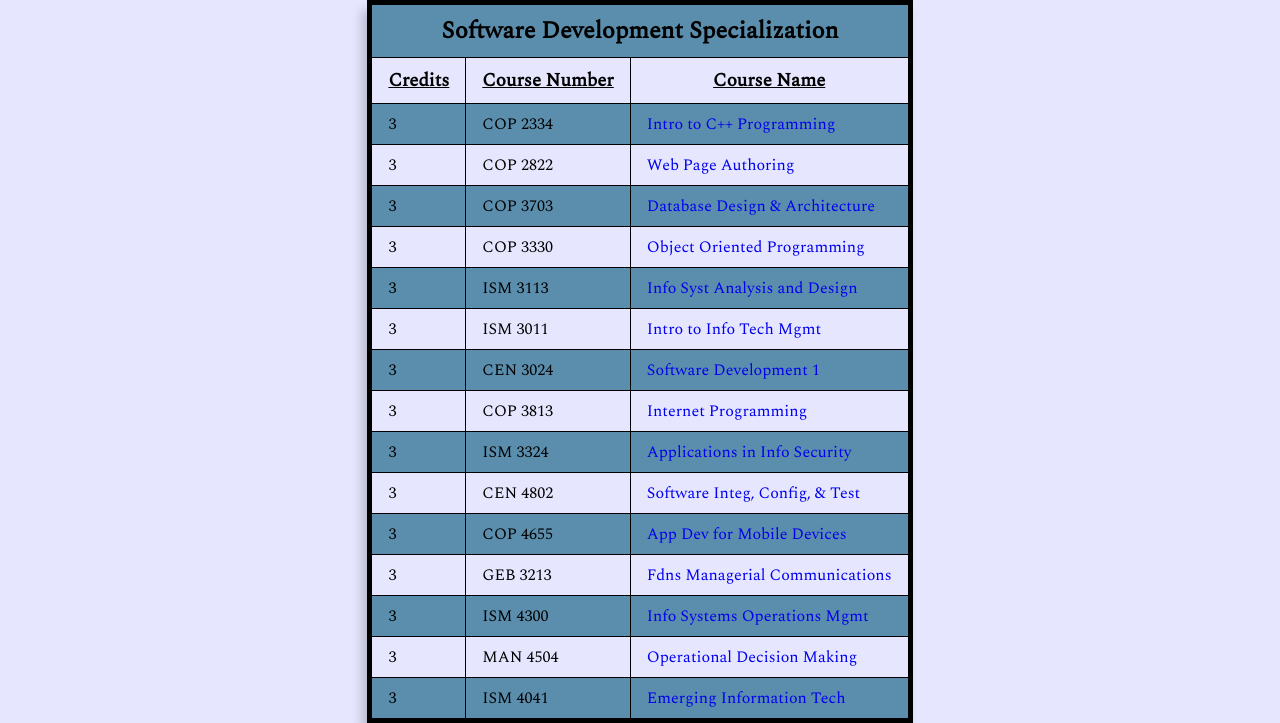
Repository: mlmEFSC21/P5-DegreeTableStyling
Page: FormattedProgramSpecialization3.html
These files come from the project's save history. The page is drawn as it stood at one moment and after the next save; the edit follows.
The browser window is 1280 px wide. The pictures show the whole page.

Above is the page before, as saved 2022-02-07 15:55:12.

After the next save:
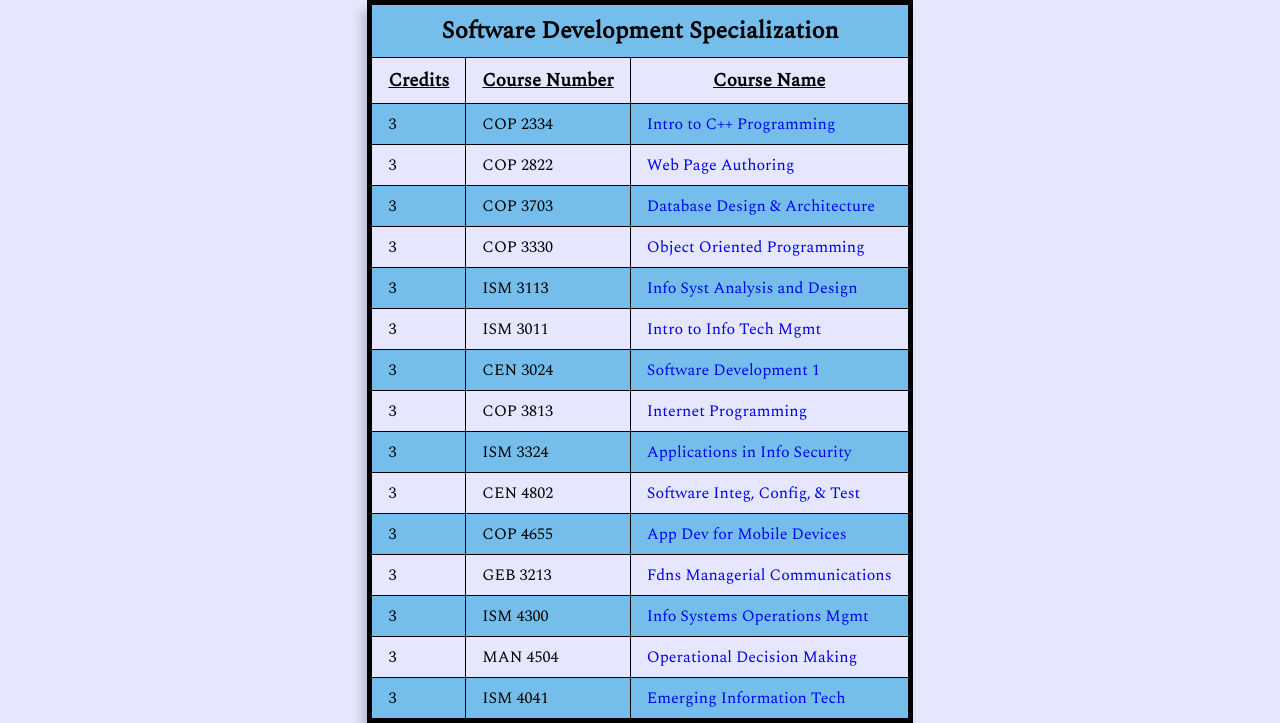
Saved 54 s later.
--- a/tableStyles.css
+++ b/tableStyles.css
@@ -4,7 +4,7 @@
     --clr-prime: #003c5e;
     --clr-second: #1a2028;
     --clr-accent: #8fb500;
-    --clr-font-prime: #5b8ead;
+    --clr-font-prime: #75beeb;
     --clr-font-second: black;
     --clr-background: #e6e6ff;
 }
